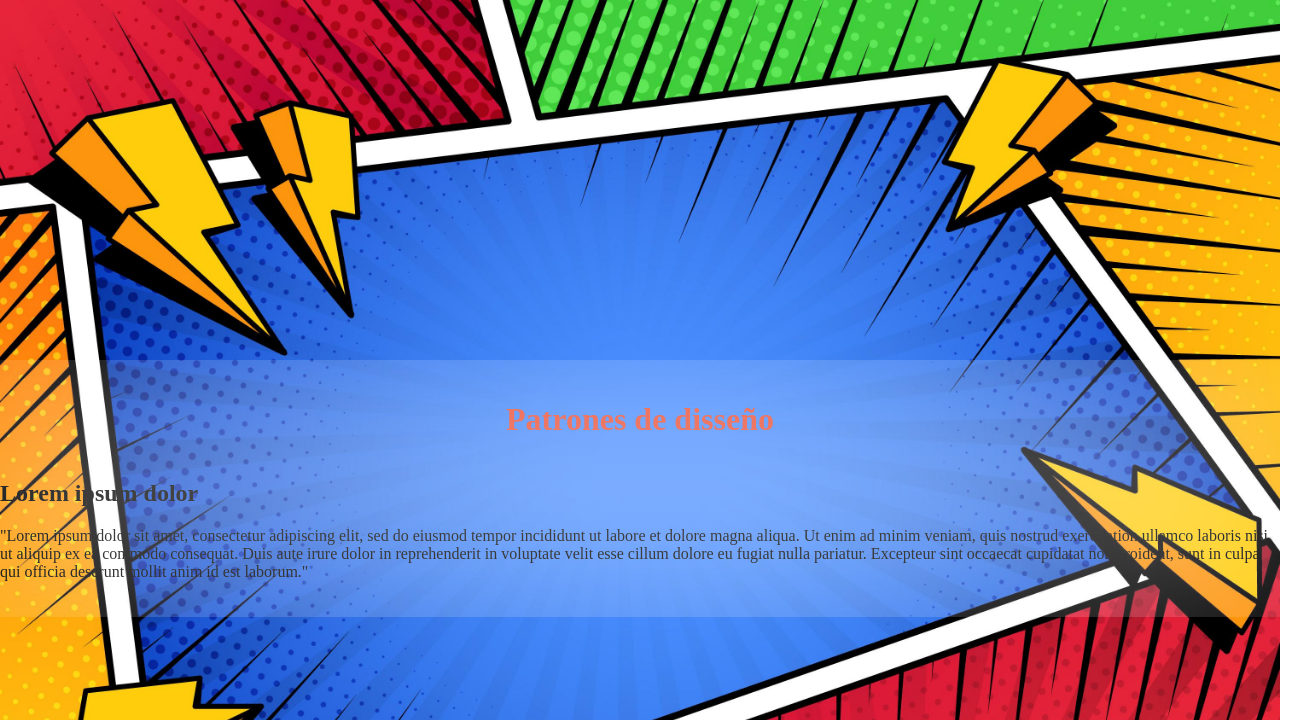
Repository: nrsWebs/design-pattern-es
Page: index.html
An editor plug-in stored every save of this project. The page is shown before and after the next save, followed by the edit.
The browser window is 1280 px wide. The page is 1300 px wide, so the pictures cover 1300 px, including what lies to the right of the window. The pictures show the whole page.

Above is the page before, as saved 2021-02-06 19:15:04.

After the next save:
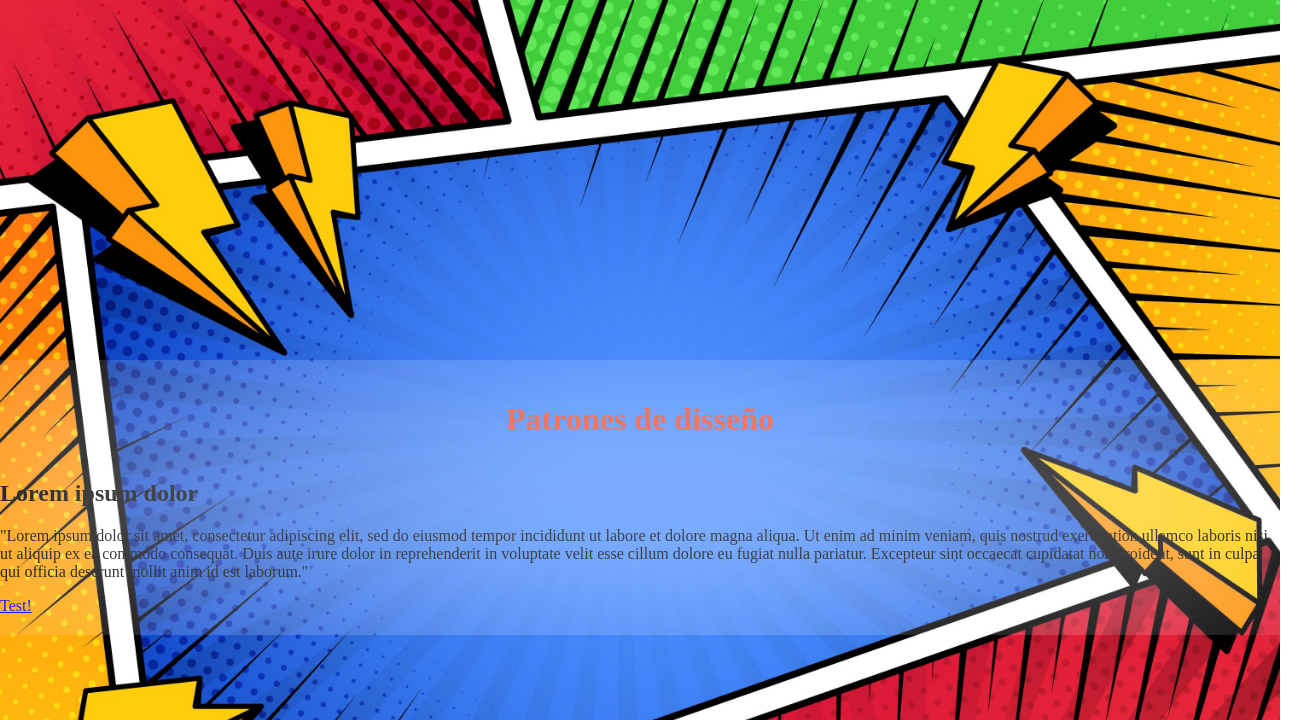
Saved 19 s later.
--- a/index.html
+++ b/index.html
@@ -13,6 +13,7 @@
             <div class="information">
                 <h2>Lorem ipsum dolor</h2>
                 <p>"Lorem ipsum dolor sit amet, consectetur adipiscing elit, sed do eiusmod tempor incididunt ut labore et dolore magna aliqua. Ut enim ad minim veniam, quis nostrud exercitation ullamco laboris nisi ut aliquip ex ea commodo consequat. Duis aute irure dolor in reprehenderit in voluptate velit esse cillum dolore eu fugiat nulla pariatur. Excepteur sint occaecat cupidatat non proident, sunt in culpa qui officia deserunt mollit anim id est laborum."</p>
+                <a href="test.html">Test!</a>
             </div>
         </div>
     </div>
